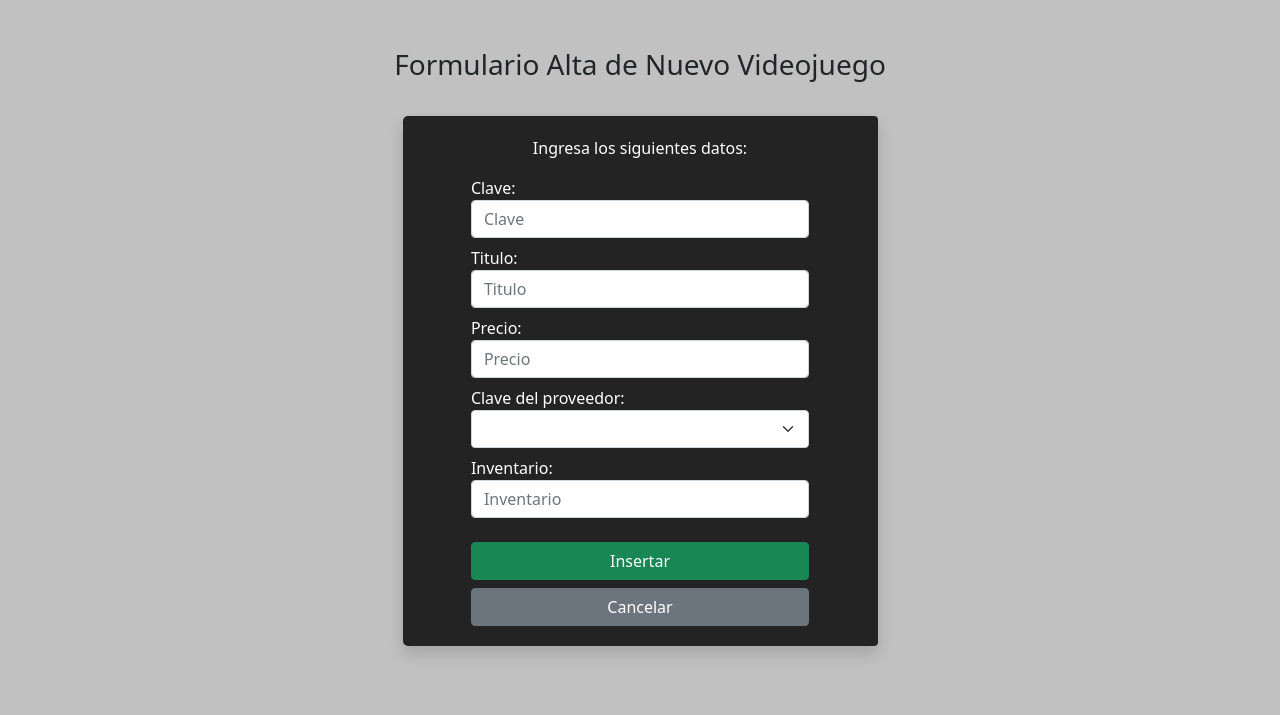
Repository: Jatziri16/JavaEE
Page: http://localhost/TiendaVideojuegos/FormularioInsertarVideojuego.jsp
The author's editor kept a copy of each file at every save. The page is drawn from the files as they stood at one save, then again after the next save.
The browser window is 1280 px wide. The pictures show the whole page.
The page is served by Tomcat 9. Other server files are loaded and not shown. Queries for data that is not in the repository find no rows.

Above is the page before, as saved 2023-12-07 17:48:51.

### TiendaVideojuegos/src/main/webapp/FormularioInsertarVideojuego.jsp
<?xml version="1.0" encoding="UTF-8"?>
<!DOCTYPE HTML PUBLIC "-//W3C//DTD HTML 4.01//EN" "http://www.w3.org/TR/html4/strict.dtd">
<html = lang "es">
	<head>
		<meta charset="UTF-8">
		<title>Formulario Alta Videojuego</title>
		<link rel=stylesheet href="css/style.css" type="text/css">
		<!-- Bootstrap -->
	 	<link href="https://cdn.jsdelivr.net/npm/bootstrap@5.1.3/dist/css/bootstrap.min.css" rel="stylesheet" integrity="sha384-1BmE4kWBq78iYhFldvKuhfTAU6auU8tT94WrHftjDbrCEXSU1oBoqyl2QvZ6jIW3" crossorigin="anonymous">
		<script type="text/javascript" src="js/validaciones_vid.js"></script>
	</head>
	<body style='background-color: rgba(50, 50, 50, 0.3);'>
		<!-- IMPORTS -->
		<%@ page import="mx.com.cursodia.javaEE2022.Beans.Videojuego"%>
		<%@ page import="mx.com.cursodia.javaEE2022.Beans.Proveedor"%>
		<%@ page import="java.util.List"%>
		<%@ page import="java.util.Objects" %>

		<div id="fondo">
			<h3 class="text-center mt-5 mb-1">Formulario Alta de Nuevo Videojuego</h3>
			<div class="container rounded-3 contenedor">
				<div class="row align-items-stretch justify-content-center">
					<div class="login-container col-7 col-sm-6 col-md-5 col-xl-5 rounded-end shadow">
						<p class="text-center">Ingresa los siguientes datos:</p>

						<div class="centrar">
						<%
							String clave = request.getParameter("CVE");
							System.out.println("Form Insertar Videojuego clave?= "+clave);
							if(Objects.isNull(clave))
							{%>
								<!-- FORM -->
								<form class="w-75">
									<label for="clave">Clave:</label>
									<input class="form-control mb-2" type="text" placeholder="Clave" name="cve" id="clave">

									<label for="titulo">Titulo:</label>
									<input class="form-control mb-2" type="text" placeholder="Titulo" name="titulo" id="titulo">

									<label for="precio">Precio:</label>
									<input class="form-control mb-2" type="text" placeholder="Precio" name="precio" id="precio">

									<!-- <label for="cveprov">Clave del proveedor:</label>
									<input class="form-control mb-2" type="text" placeholder="Clave del proveedor" name="cveprov" id="cveprov"> -->
									Clave del proveedor:
									<select name="Proveedor" class="form-select mb-2" name="cveprov" id="cveprov">
										<option value="" disabled>Selecciona un proveedor</option>
										<%
											List<Proveedor> listaProveedores = Proveedor.getProveedores();
											for(Proveedor p:listaProveedores)
											{%>
											<option value="<%=p.getCve_prov()%>"><%=p.getCve_prov()%> - <%=p.getNom_prov()%></option>
											<%}
										%>
									</select>

									<label for="inventario">Inventario:</label>
									<input class="form-control mb-4" type="text" placeholder="Inventario" name="inventario" id="inventario">

									<button class="btn btn-success w-100 mb-2" onclick="validarForms()" type="button">Insertar</button>
									<a class="btn btn-secondary w-100" href="MostrarVideojuegos.jsp" role="button">Cancelar</a>
								</form>
								<%}
							else
							{
								int cve = Integer.parseInt(clave);
								System.out.println("La clave es: "+cve);
								Videojuego v = Videojuego.getVideojuego(cve);
								System.out.println(v.toString());
								%>

								<!-- FORM -->
								<form class="w-75">
									<label for="clave">Clave:</label>
									<input class="form-control mb-2" value="<%=v.getCve_vid()%>" type="text" placeholder="Clave" name="cve" id="clave">

									<label for="titulo">Titulo:</label>
									<input class="form-control mb-2" value="<%=v.getTit_vid()%>" type="text" placeholder="Titulo" name="titulo" id="titulo">

									<label for="precio">Precio:</label>
									<input class="form-control mb-2" value="<%=v.getPre_vid()%>" type="text" placeholder="Precio" name="precio" id="precio">

									<label for="cveprov">Clave del proveedor:</label>
									<select class="form-select" id="cveprov" name="cveprov" value="<%=v.getCveprov_vid()%>">
										<%
										List<Proveedor> listaProveedores = Proveedor.getProveedores();
										for(Proveedor p:listaProveedores)
										{
											if(v.getCveprov_vid() == p.getCve_prov())
											{%>
												<option selected value="<%=p.getCve_prov()%>"><%=p.getCve_prov()%> - <%=p.getNom_prov()%></option>
											<%}
											else
											{%>
												<option value="<%=p.getCve_prov()%>"><%=p.getCve_prov()%> - <%=p.getNom_prov()%></option>
											<%}
										}%>
									</select>

									<label for="inventario">Inventario:</label>
									<input class="form-control mb-4" value="<%=v.getInv_vid()%>" type="text" placeholder="Inventario" name="inventario" id="inventario">

									<button class="btn btn-success w-100 mb-2" onclick="validarForms()" type="button">Actualizar</button>
									<a class="btn btn-secondary w-100" href="MostrarVideojuegos.jsp" role="button">Cancelar</a>
								</form>
							<%}%>
						</div>
					</div>
				</div>
			</div>
		</div>
	</body>
</html>

### TiendaVideojuegos/src/main/java/mx/com/cursodia/javaEE2022/Beans/Proveedor.java
package mx.com.cursodia.javaEE2022.Beans;

import java.sql.ResultSet;
import java.sql.SQLException;
import java.util.List;

import mx.com.cursodia.javaEE2022.DataBaseH.DataBaseHelper;

public class Proveedor {
	private int cve_prov;
	private String nom_prov;
	private String email_prov;
	private String tel_prov;

	public Proveedor() {}

	public Proveedor(int cve_prov, String nom_prov, String email_prov, String tel_prov)
	{
		this.cve_prov = cve_prov;
		this.nom_prov = nom_prov;
		this.email_prov = email_prov;
		this.tel_prov = tel_prov;
	}

	public String getNom_prov()
	{
		return nom_prov;
	}
	public void setNom_prov(String nom_prov)
	{
		this.nom_prov = nom_prov;
	}
	public String getEmail_prov()
	{
		return email_prov;
	}
	public void setEmail_prov(String email_prov)
	{
		this.email_prov = email_prov;
	}
	public String getTel_prov()
	{
		return tel_prov;
	}
	public void setTel_prov(String tel_prov)
	{
		this.tel_prov = tel_prov;
	}
	public int getCve_prov()
	{
		return cve_prov;
	}

	public static Proveedor getProveedor(int cve) throws SQLException
	{
		String query = "SELECT * FROM proveedores WHERE cve_prov="+cve;
		DataBaseHelper dbh = new DataBaseHelper();
		List<Proveedor> lista =  dbh.executeQueryProv(query);
		return lista.get(0);
	}
	public static List<Proveedor> getProveedores() throws SQLException
	{
		String query = "SELECT * FROM proveedores";
		DataBaseHelper dbh = new DataBaseHelper();
		return dbh.executeQueryProv(query);
	}
}

### TiendaVideojuegos/src/main/java/mx/com/cursodia/javaEE2022/DataBaseH/DataBaseHelper.java
package mx.com.cursodia.javaEE2022.DataBaseH;

import java.sql.Connection;
import java.sql.DriverManager;
import java.sql.ResultSet;
import java.sql.SQLException;
import java.sql.Statement;
import java.util.ArrayList;
import java.util.List;

import mx.com.cursodia.javaEE2022.Beans.Proveedor;
import mx.com.cursodia.javaEE2022.Beans.Videojuego;

public class DataBaseHelper {

	private static final String DRIVER = "com.mysql.cj.jdbc.Driver";
	private static final String URL = "jdbc:mysql://localhost/gamers";
	private static final String USUARIO = "root";
	private static final String CLAVE = "";
	Connection con = null;
	Statement stm = null;

	public Connection getCon() {
		return con;
	}
	public Statement getStm() {
		return stm;
	}

	public int modificarVideojuego(String query) throws SQLException
	{

		int filas = 0;

		try {
			Class.forName(DRIVER);
			con = DriverManager.getConnection(URL, USUARIO, CLAVE); //DB, User, PSW
			stm = con.createStatement();
			filas = stm.executeUpdate(query);
		}
		catch (ClassNotFoundException e)
		{
			System.out.println("Error al cargar el driver" +e.getMessage());
		}
		catch(SQLException e)
		{
			System.out.println("Error accediendo a la DB "+e.getMessage());
		}
		finally
		{
			if(stm != null) stm.close();
			if(con != null) con.close();
		}
		return filas;
	}

	public List<Videojuego> executeQueryVid(String query) throws SQLException
	{
		Connection con = null;
		Statement stm = null;
		ResultSet rs = null;
		List<Videojuego> lista = new ArrayList<Videojuego>();
		try {
			Class.forName(DRIVER);
			con = DriverManager.getConnection(URL, USUARIO, CLAVE); //DB, User, PSW
			stm = con.createStatement();
			rs = stm.executeQuery(query);
			while(rs.next())
			{
				lista.add(new Videojuego(rs.getInt("cve_vid"),rs.getString("tit_vid"),
						rs.getFloat("pre_vid"),rs.getInt("cveprov_vid"),rs.getInt("inv_vid")));
			}
		}
		catch (ClassNotFoundException e)
		{
			System.out.println("Error al cargar el driver" +e.getMessage());
		}
		catch(SQLException e)
		{
			System.out.println("Error accediendo a la DB "+e.getMessage());
		}
		finally
		{
			if(stm != null) stm.close();
			if(con != null) con.close();
			/* Si cerramos aqui el ResultSet, no podrán acceder a los datos cuando lo enviemos*/
			if(rs != null) rs.close();
		}
		return lista;
	}
	public List<Proveedor> executeQueryProv(String query) throws SQLException
	{
		Connection con = null;
		Statement stm = null;
		ResultSet rs = null;
		List<Proveedor> lista = new ArrayList<Proveedor>();
		try {
			Class.forName(DRIVER);
			con = DriverManager.getConnection(URL, USUARIO, CLAVE); //DB, User, PSW
			stm = con.createStatement();
			rs = stm.executeQuery(query);
			while(rs.next())
			{
				lista.add(new Proveedor(rs.getInt("cve_prov"),rs.getString("nom_prov"),
						rs.getString("email_prov"),rs.getString("tel_prov")));
			}
		}
		catch (ClassNotFoundException e)
		{
			System.out.println("Error al cargar el driver" +e.getMessage());
		}
		catch(SQLException e)
		{
			System.out.println("Error accediendo a la DB "+e.getMessage());
		}
		finally
		{
			if(stm != null) stm.close();
			if(con != null) con.close();
			/* Si cerramos aqui el ResultSet, no podrán acceder a los datos cuando lo enviemos*/
			if(rs != null) rs.close();
		}
		return lista;
	}
}

### TiendaVideojuegos/src/main/webapp/css/style.css
body
{
	background-color: gray;
}
h1
{
	text-align: center;
}
.contenedor {
    padding: 30px 0;
}

.centrar
{
display: flex;
  justify-content: center;
    /* margin: 0 auto; */
}
.centrar-2
{
	margin: 0 auto;
}
.invalido {
	margin-top: 5px;
    font-size: 80%;
}

.login-container {
    /* background-image: linear-gradient(rgba(0, 0, 0, 0.5), rgba(0, 0, 0, 0.5)), url(../../../../assets/imgs/login-bg.png); */
    background-size: cover;
    background-color: rgba(20, 20, 20, 0.908);
	border-radius: 5px;
    padding: 20px 50px;
    color: white;
}
.warning-container
{
	background-size: cover;
    background-color: red;
	border-radius: 5px;
    padding: 30px 50px;
    color: white;
}
.button {
  background-color: transparent; /* Green */
  border: none;
  padding: 5px 0;
  width: 100%;
  text-align: center;
  text-decoration: none;
  display: inline-block;
  font-size: 16px;
  margin: 4px 2px;
  transition-duration: 0.4s;
  cursor: pointer;
  border-radius: 8px;
}

.btn-insertar {
  color: white;
  border: 2px solid #4CAF50;
}
.btn-actualizar {
  color: white;
  border: 2px solid #db752d;
}
.btn-cancelar {
  color: white;
  border: 2px solid #474747;
}

.btn-insertar:hover {
  background-color: #4CAF50;
  color: white;
}
.btn-actualizar:hover {
  background-color: #db752d;
  color: white;
}
.btn-cancelar:hover {
  background-color: #474747;
  color: white;
}

/*input {
	border: 1px solid red;
}*/

### TiendaVideojuegos/src/main/webapp/js/validaciones_vid.js
function validarForms()
{
	console.log("ENTRO A validarForms()")
	let clave = document.getElementById("clave").value;
	let titulo = document.getElementById("titulo").value;
	let precio = document.getElementById("precio").value;
	let cveprov = document.getElementById("cveprov").value;
	let inv = document.getElementById("inventario").value;

	if(clave == "" || titulo == "" || precio == "" || cveprov == "" || inv == "") {
		setWarnsMsj();
	}
	else
	{
		alert("clave = "+clave+"\ntitulo = "+titulo+"\nprecio = "+precio+"\ncveprov = "+cveprov+"\ninv = "+inv)
		document.forms[0].action = "InsertarVideojuego.jsp?clave="+clave+"&titulo="+titulo+"&precio="+precio+"&cveprov="+cveprov+"&inventario="+inv;
		document.forms[0].method = "post";
		document.forms[0].submit();
		alert("Videojuego insertado");
	}
}

function setWarnsMsj()
{
    alert("Todos los campos son obligatorios")
}

After the next save:
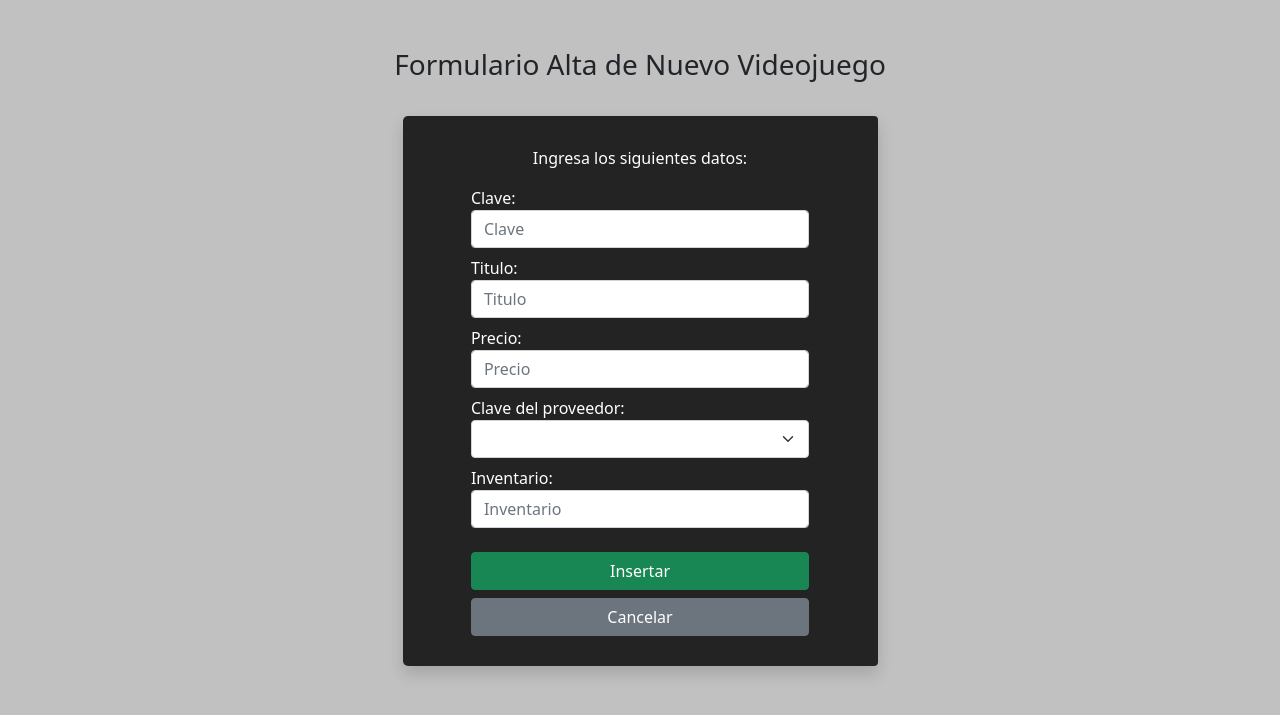
Saved 15 s later.
--- a/TiendaVideojuegos/src/main/webapp/css/style.css
+++ b/TiendaVideojuegos/src/main/webapp/css/style.css
@@ -30,7 +30,7 @@ display: flex;
     background-size: cover;
     background-color: rgba(20, 20, 20, 0.908);
 	border-radius: 5px;
-    padding: 20px 50px;
+    padding: 30px 40px;
     color: white;
 }
 .warning-container
